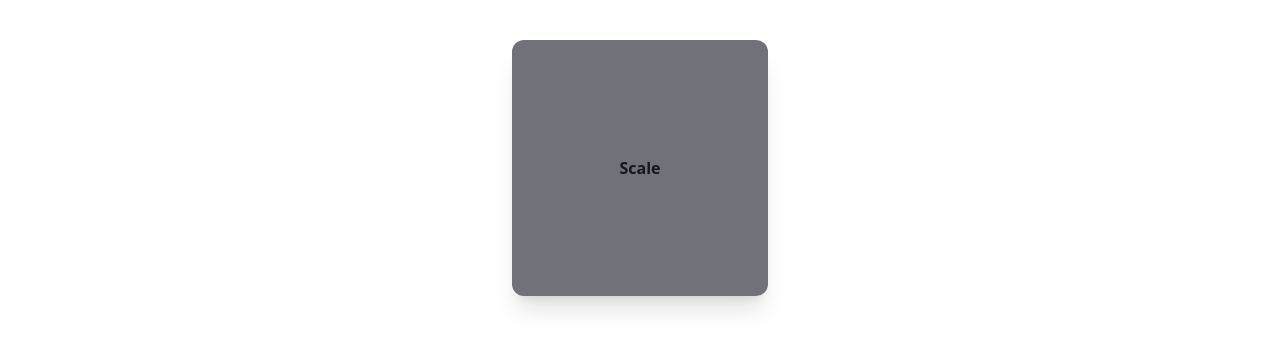
Repository: vitorbelluzzo/CountryInformationApp
Page: / (app in fe/)
The author's editor kept a copy of each file at every save. The page is drawn from the files as they stood at one save, then again after the next save.
The browser window is 1280 px wide. The pictures show the whole page.
The project was rebuilt for these pictures with package versions that can differ from the ones it lists, and the page was loaded fresh each time. The framework's server and built-in components were replaced by stand-ins that run in the browser. Also part of the build but not shown: fe/next.config.ts.

Above is the page before, as saved 2024-10-29 13:57:44.

After the next save:
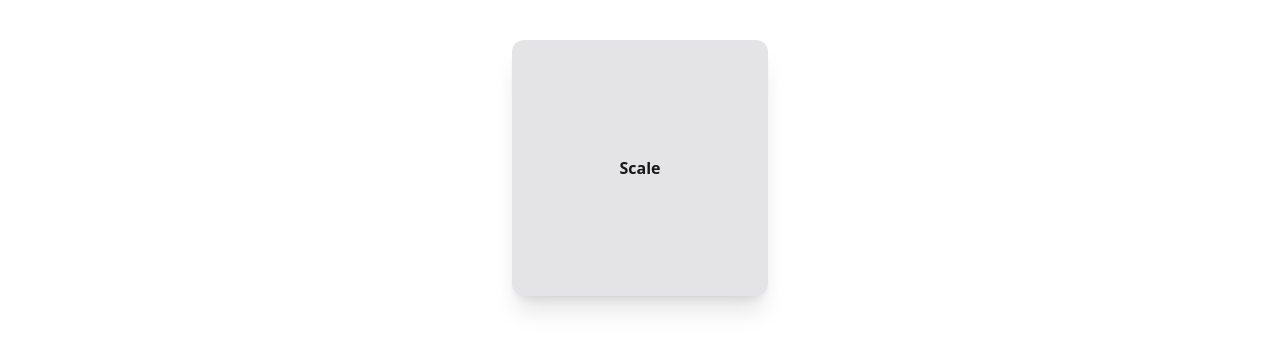
Saved 5 s later.
--- a/fe/src/app/page.tsx
+++ b/fe/src/app/page.tsx
@@ -26,7 +26,7 @@ export default function Home() {
     <div>
       <div className="flex gap-8 flex-wrap justify-center  h-screen py-10">
 
-        <div className="transform  rounded-xl h-40 w-40 sm:h-64 sm:w-64 bg-zinc-500 shadow-xl transition duration-300 hover:scale-105">
+        <div className="transform  rounded-xl h-40 w-40 sm:h-64 sm:w-64 bg-zinc-200 shadow-xl transition duration-300 hover:scale-105">
           <div className="flex h-full justify-center items-center">
             <span className="font-bold text-zinc-900">Scale</span>
           </div>
